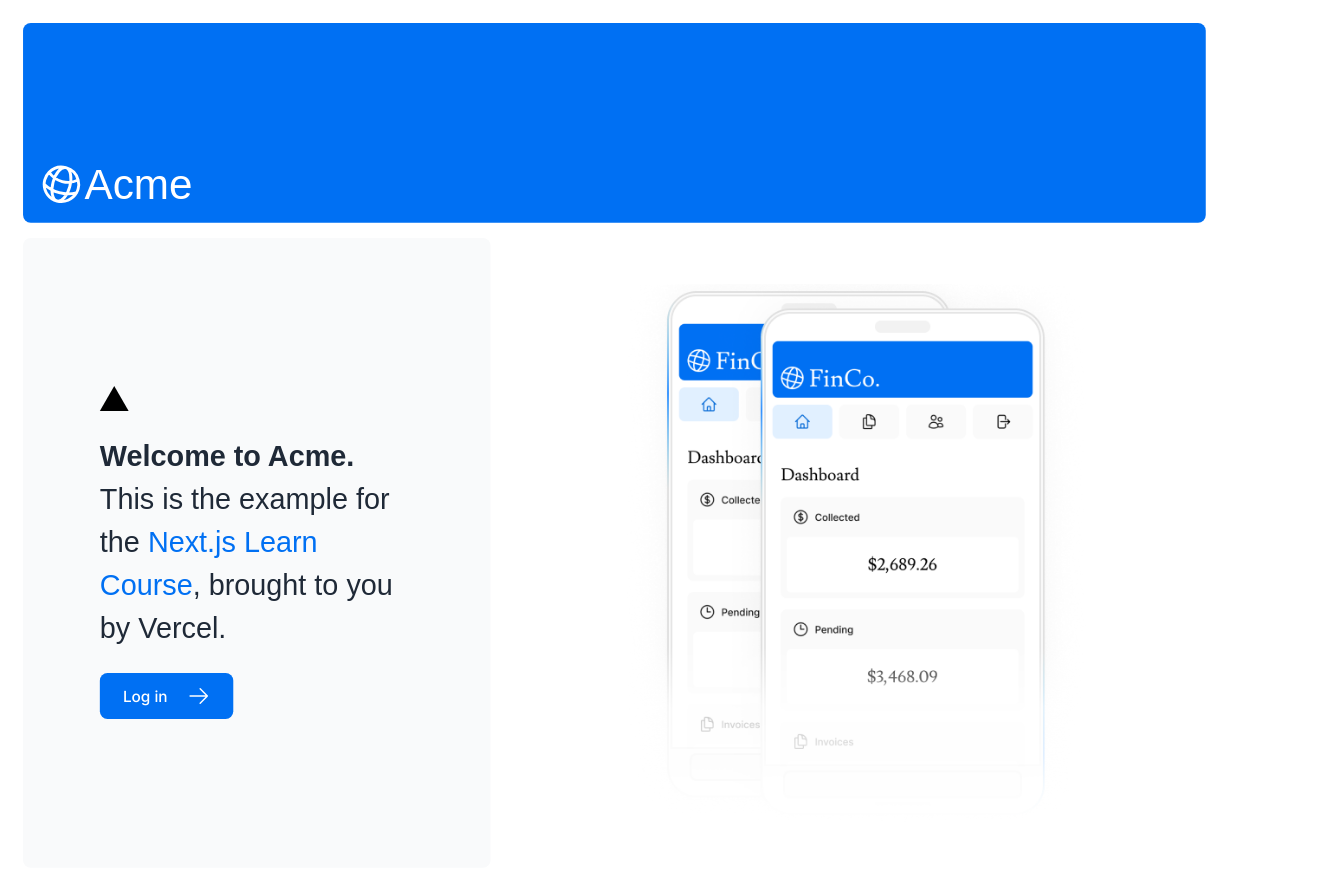
Repository: yasserrrz/next-dahshboard
Page: /
The author's editor kept a copy of each file at every save. The page is drawn from the files as they stood at one save, then again after the next save.
The browser window is 1280 px wide. The page is 1280 px wide, then 1397 px, so the pictures cover 1397 px, including what lies to the right of the window. The pictures show the whole page, at 96% of full size.
Some web fonts or font styles are not loaded; a fallback is used. The project was rebuilt for these pictures with package versions that can differ from the ones it lists, and the page was loaded fresh each time. The framework's server and built-in components were replaced by stand-ins that run in the browser. Also part of the build but not shown: next.config.mjs.

Above is the page before, as saved 2024-10-27 11:09:58.

After the next save:
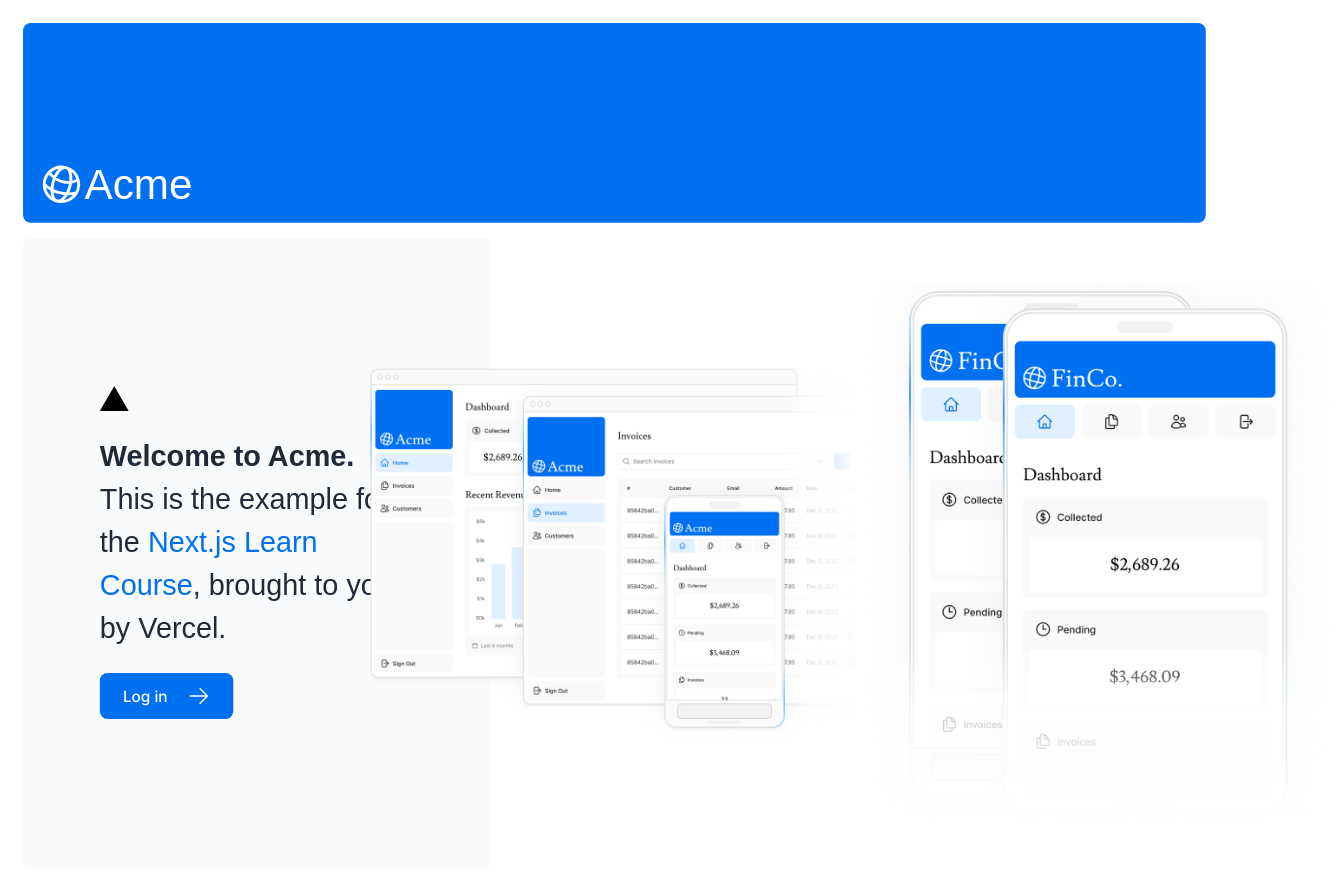
Saved 19 s later.
--- a/app/page.tsx
+++ b/app/page.tsx
@@ -35,7 +35,7 @@
         src="/hero-desktop.png"
         width={1000}
         height={760}
-        className="hidden"
+        className="block md:none"
         alt="Screenshots of the dashboard project showing desktop version"
       />
             <Image
